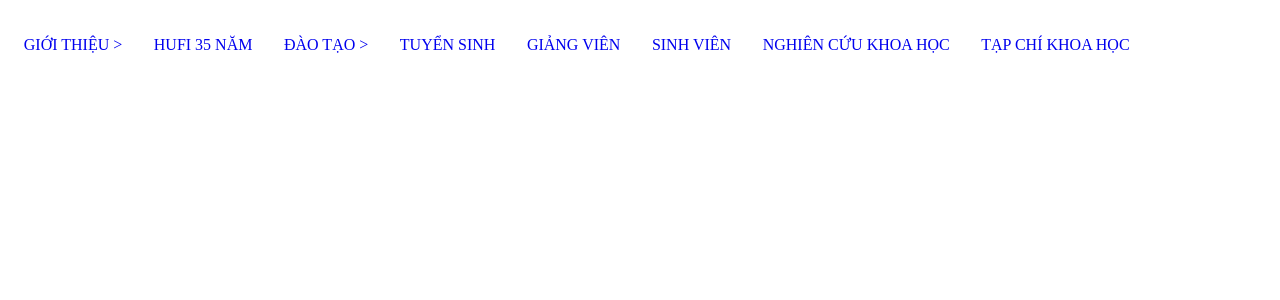
Repository: Tan-Khang21/TH_TKW--Buoi_08
Page: Bai_Tap_Tren_Lop/Bai_03/Bai_03.html
The author's editor kept a copy of each file at every save. The page is drawn from the files as they stood at one save, then again after the next save.
The browser window is 1280 px wide. The pictures show the whole page.

Above is the page before, as saved 2024-03-13 20:19:41.

After the next save:
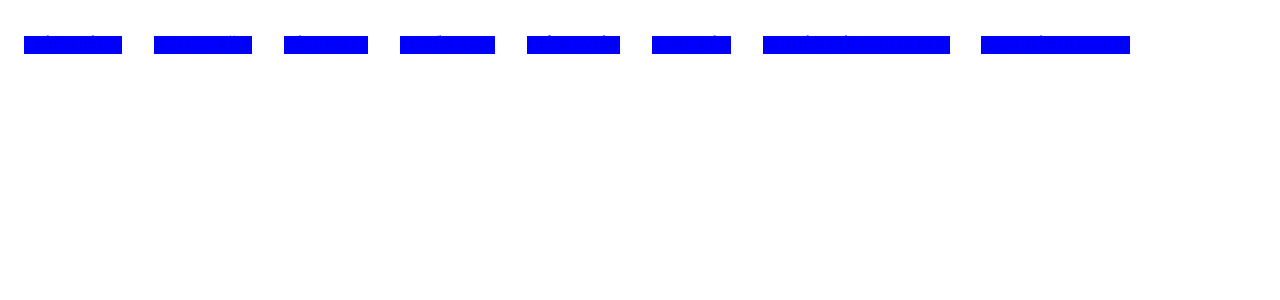
Saved 16 s later.
--- a/Bai_Tap_Tren_Lop/Bai_03/style.css
+++ b/Bai_Tap_Tren_Lop/Bai_03/style.css
@@ -11,6 +11,7 @@
 }
 .list1_item {
   margin: 20px auto;
+  background-color: #00f;
 }
 a {
   text-decoration: none;
